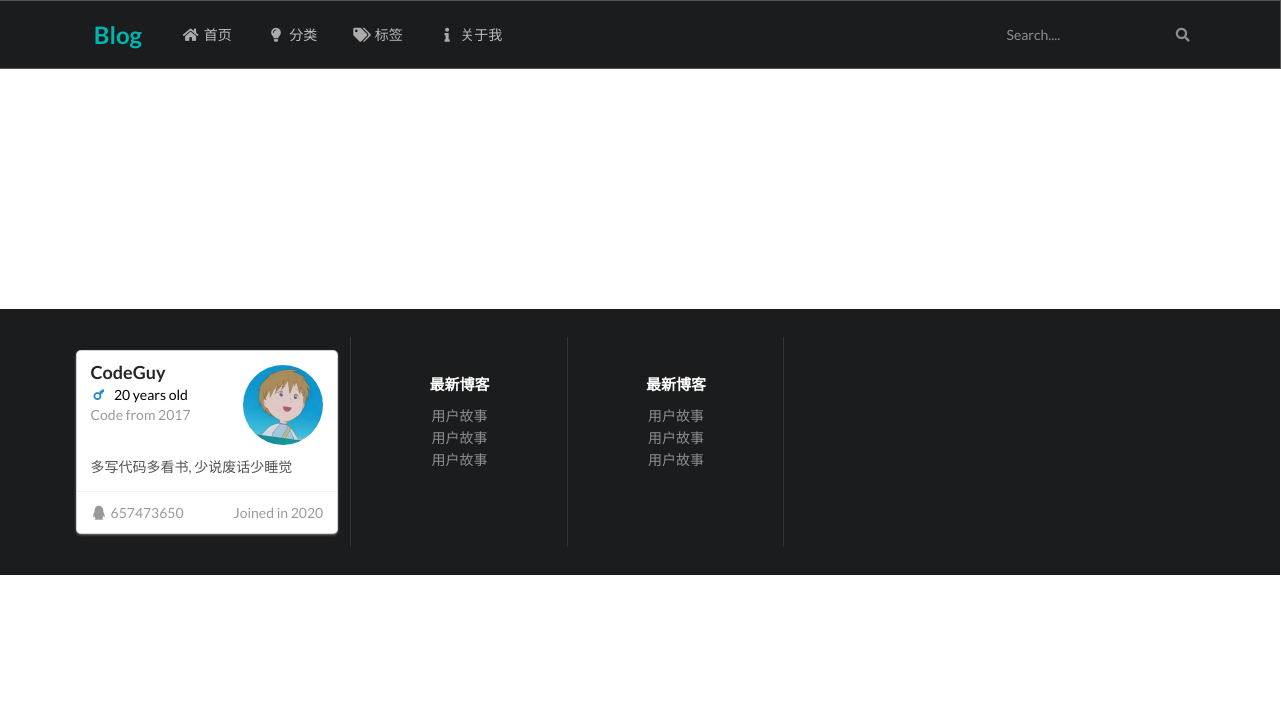
Repository: GOGOHQ/myblog
Page: index.html
The author's editor kept a copy of each file at every save. The page is drawn from the files as they stood at one save, then again after the next save.
The browser window is 1280 px wide. The page is 1281 px wide, so the pictures cover 1281 px, including what lies to the right of the window. The pictures show the whole page.
Some web libraries are served in a nearby version.

Above is the page before, as saved 2020-01-16 15:57:05.

### index.html
<!DOCTYPE html>
<html lang="en">

<head>
    <meta charset="UTF-8">
    <meta name="viewport" content="width=device-width, inital-scale=1.0">
    <title>首页</title>
    <link rel="stylesheet" href="static/css/me.css">
    <link rel="stylesheet" href="https://cdn.jsdelivr.net/semantic-ui/2.2.4/semantic.min.css">
    <script src="https://cdn.jsdelivr.net/npm/jquery@3.2/dist/jqurey.min.js"></script>
    <script src="https://cdn.jsdelivr.net/semantic-ui/2.2.4/semantic.min.js"></script>
</head>

<body>
<!-- 导航 -->
<nav class="ui inverted  attached  segment m-padded-tb-mini">
    <div class="ui container">
        <div class="ui secondary inverted menu">
            <h2 class="ui teal header item">Blog</h2>
            <a href="#" class="item"><i class="home icon"></i>首页</a>
            <a href="#" class="item"><i class="idea icon"></i>分类</a>
            <a href="#" class="item"><i class="tags icon"></i>标签</a>
            <a href="#" class="item"><i class="info icon"></i>关于我</a>
            <div class="right item">
                <div class="ui icon  inverted transparent input">
                    <input type="text" placeholder="Search....">
                    <i class="search link icon"></i>
                </div>
            </div>
        </div>
    </div>
</nav>
<!-- 内容 -->
<div>
    <br> <br> <br> <br> <br> <br> <br> <br> <br> <br> <br> <br>
</div>
<!-- 底部 -->
<footer class="ui inverted vertical segment m-padded-tb-massive">
    <div class="ui container">
        <div class="ui inverted divided grid">
            <div class="four wide column ">

                <div class="ui card">
                    <div class="content">
                        <img class="right circular floated tiny ui image" src="static/images/avatar.jpg">
                        <div class="header">
                            CodeGuy
                        </div>
                        <div class="meta">
                            <i class="icon blue mars stroke"></i>
                            <text style="color:black;">20 years old</text>
                        </div>
                        <div class="meta">
                            Code from 2017
                        </div>
                        <div class="description">
                            多写代码多看书, 少说废话少睡觉
                        </div>
                    </div>
                    <div class="extra content">
                        <a>
                            <i class="qq icon"></i>657473650
                        </a>
                        <span class="right floated">
                                    Joined in 2020
                                  </span>
                    </div>
                </div>

            </div>
            <div class="center aligned three wide column m-padded-t-middle">
                <h4 class="ui inverted header">最新博客</h4>
                <div class="ui inverted link list">
                    <a href="#" class="item">用户故事</a>
                    <a href="#" class="item">用户故事</a>
                    <a href="#" class="item">用户故事</a>
                </div>
            </div>
            <div class="center aligned three wide column m-padded-t-middle">
                <h4 class="ui inverted header">最新博客</h4>
                <div class="ui inverted link list">
                    <a href="#" class="item">用户故事</a>
                    <a href="#" class="item">用户故事</a>
                    <a href="#" class="item">用户故事</a>
                </div>
            </div>
            <div class="six wide column"></div>
        </div>
    </div>
</footer>
</body>


</html>

### static/css/me.css
.m-padded-tb-mini {
    padding-top: 0.2em !important;
    padding-bottom: 0.2em !important;
}

.m-padded-t-middle {
    padding-top: 40px !important
}

.m-padded-tb-massive {
    padding-top: 3em !important;
    padding-bottom: 3em !important;
}

After the next save:
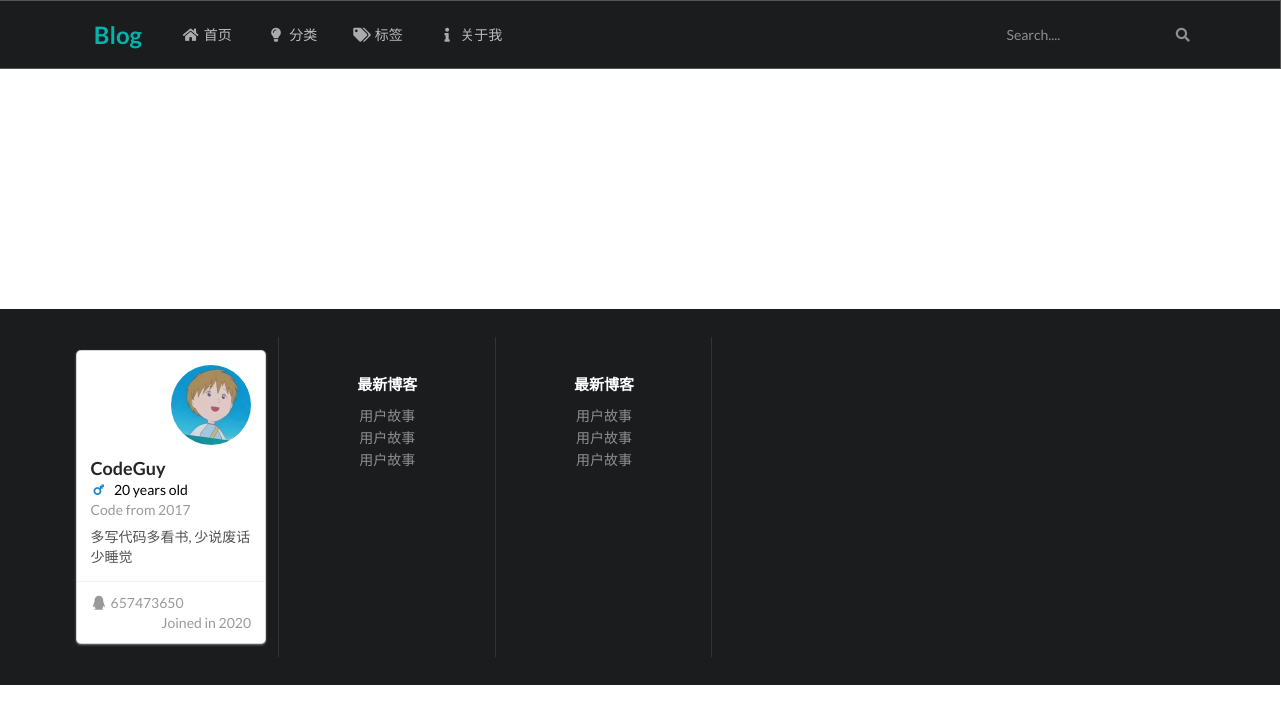
Saved 6 s later.
--- a/index.html
+++ b/index.html
@@ -38,7 +38,7 @@
 <footer class="ui inverted vertical segment m-padded-tb-massive">
     <div class="ui container">
         <div class="ui inverted divided grid">
-            <div class="four wide column ">
+            <div class="three wide column ">
 
                 <div class="ui card">
                     <div class="content">

After the save that followed:
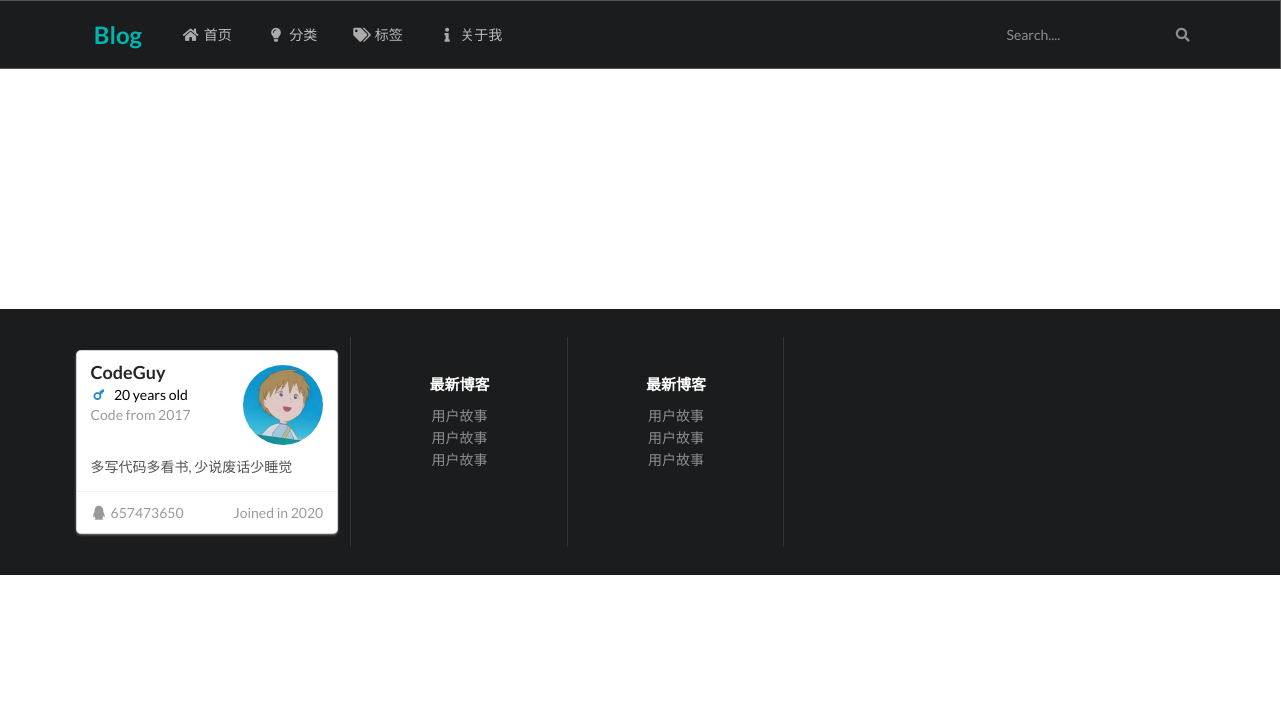
Saved 5 s later.
--- a/index.html
+++ b/index.html
@@ -38,7 +38,7 @@
 <footer class="ui inverted vertical segment m-padded-tb-massive">
     <div class="ui container">
         <div class="ui inverted divided grid">
-            <div class="three wide column ">
+            <div class="four wide column ">
 
                 <div class="ui card">
                     <div class="content">
